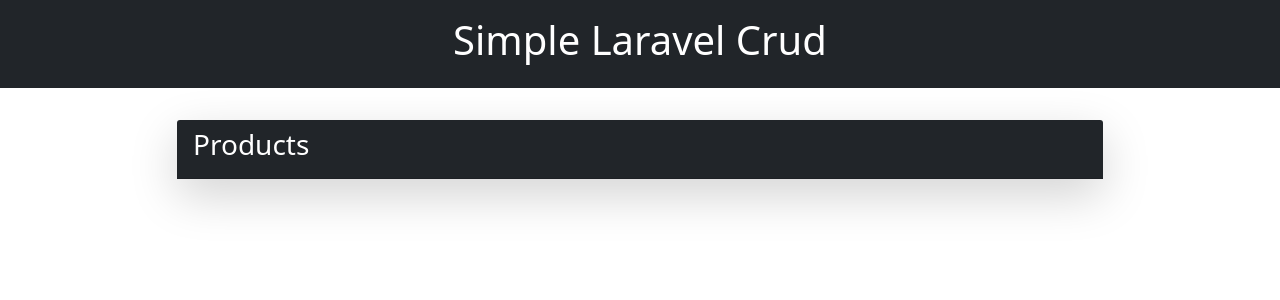
Repository: Muskan1Kumari4draw/Crud-in-Laravel
Page: http://localhost/products
The author's editor kept a copy of each file at every save. The page is drawn from the files as they stood at one save, then again after the next save.
The browser window is 1280 px wide. The pictures show the whole page.
The page is served by the project's Laravel application, run on PHP 8.4 with Laravel 12. Other server files are loaded and not shown.

Above is the page before, as saved 2024-09-14 11:33:42.

### routes/web.php
<?php

use Illuminate\Support\Facades\Route;
use App\Http\Controllers\ProductController;

Route::get('/products', [ProductController::class, 'index'])->name('products.index');
Route::get('/products/create', [ProductController::class, 'create'])->name('products.create');
Route::post('/products', [ProductController::class, 'store'])->name('products.store');

### app/Http/Controllers/ProductController.php
<?php

namespace App\Http\Controllers;
use App\Models\Product;
use Illuminate\Http\Request;
use Illuminate\Support\Facades\Validator;

class ProductController extends Controller
{
   public function index(){
    return view('products.list');
   }

    public function create(){
        return view('products.create');
    }

    public function store(Request $request){
        $rules = [
            'name' => 'required|min:5',
            'sku' => 'required|min:3',
            'price' => 'required|numeric|min:1',
            'image' => 'required|image|mimes:jpg,jpeg,png|max:2048'
        ];

        $validator = Validator::make($request->all(), $rules);

        if ($validator->fails()) {
            return redirect()->route('products.create')
                             ->withErrors($validator)
                             ->withInput();
        }

        // Databse
        $product = new Product();
        $product->name = $request->name;
        $product->sku = $request->sku;
        $product->price = $request->price;
        $product->description = $request->description;

        if ($request->hasFile('image')) {
            $image = $request->file('image');
            $imagePath = $image->store('images', 'public'); // Store the image in 'public/images'
            $product->image = $imagePath;
        }

        $product->save();


        // return redirect()->route('products.index')->with('success'  ,' Product added Successfully');
        if ($product->save()) {
            return redirect()->route('products.index')->with('success', 'Product added successfully');
        } else {
            dd('Error saving product'); // Debugging line
        }


    }
   public function edit(){

   }
   public function update(){

   }
   public function destroy(){

   }
}

### resources/views/products/list.blade.php
<!doctype html>
<html lang="en">
  <head>
    <meta charset="utf-8">
    <meta name="viewport" content="width=device-width, initial-scale=1">
    <link href="https://cdn.jsdelivr.net/npm/bootstrap@5.0.2/dist/css/bootstrap.min.css" rel="stylesheet">
    <title>Laravel - Crud Operation</title>
  </head>
  <body>
    <div class="bg-dark py-3">
      <h1 class="text-white text-center">Simple Laravel Crud</h1>
    </div>

    <div class="container">
      <div class="row d-flex justify-content-center">
        <div class="col-md-10 d-flex justify-content-end">
            <a href="{{ route('products.create') }}"></a>
        </div>
        <div class="col-md-10 mt-2">
            @if(Session::has('success'))
            <div class="alert alert-success">
                {{ Session::get('success') }}
            </div>
        @endif

        </div>
        <div class="col-md-10">
          <div class="card border-0 shadow-lg my-4">
            <div class="card-header bg-dark">
              <h3 class="text-white">Products</h3>
            </div>

          </div>
        </div>
      </div>
    </div>

    <script src="https://cdn.jsdelivr.net/npm/bootstrap@5.0.2/dist/js/bootstrap.bundle.min.js"></script>
  </body>
</html>

Loaded but not shown: app/Http/Controllers/Controller.php (common file)

After the next save:
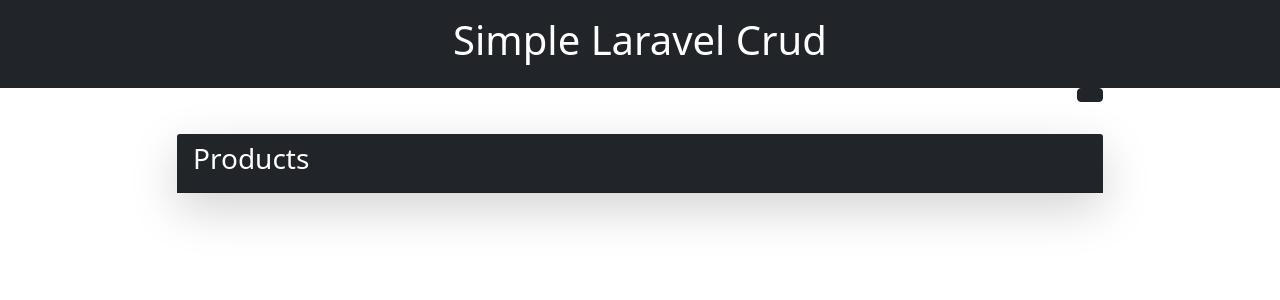
Saved 39 s later.
--- a/resources/views/products/list.blade.php
+++ b/resources/views/products/list.blade.php
@@ -14,7 +14,7 @@
     <div class="container">
       <div class="row d-flex justify-content-center">
         <div class="col-md-10 d-flex justify-content-end">
-            <a href="{{ route('products.create') }}"></a>
+            <a href="{{ route('products.create') }}" class="btn btn-dark"></a>
         </div>
         <div class="col-md-10 mt-2">
             @if(Session::has('success'))
